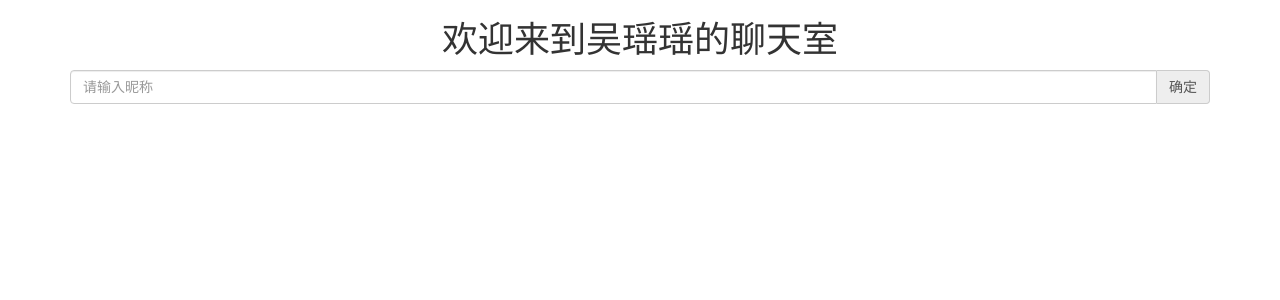
Repository: wyy511/node-socket.io
Page: client.html
The author's editor kept a copy of each file at every save. The page is drawn from the files as they stood at one save, then again after the next save.
The browser window is 1280 px wide. The pictures show the whole page.
The page's requests for data from a server got no answer. Some web libraries are served in a nearby version.

Above is the page before, as saved 2019-11-20 23:41:21.
Console error (its wording comes from the project's code and is left out).

After the next save:
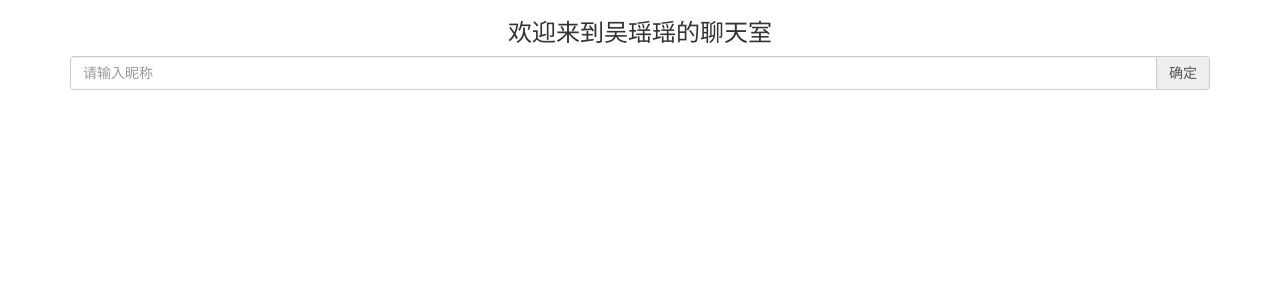
Saved 12 s later.
--- a/client.html
+++ b/client.html
@@ -25,7 +25,7 @@
 <body>
   <div class="container">
     <header>
-      <h1 class="title">欢迎来到吴瑶瑶的聊天室</h1>
+      <h3 class="title">欢迎来到吴瑶瑶的聊天室</h3>
     </header>
     <div>
       <div id="nameBox">
